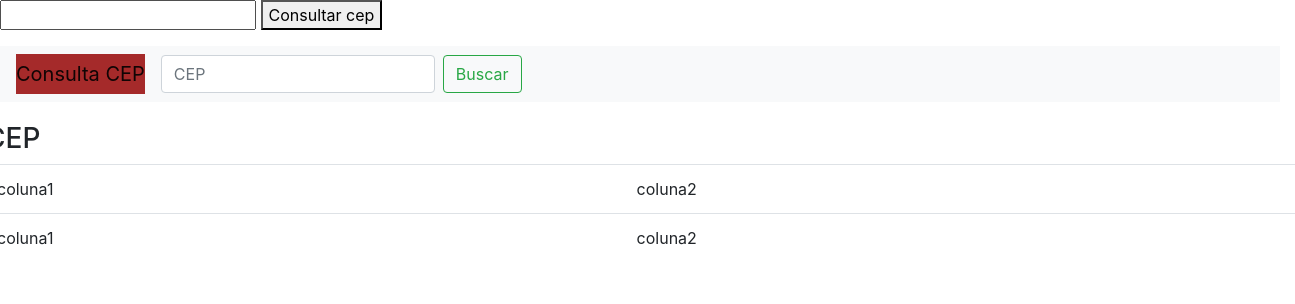
Repository: DaniloBaracho/jquery
Page: index.html
These files come from the project's save history. The page is drawn as it stood at one moment and after the next save; the edit follows.
The browser window is 1280 px wide. The page is 1295 px wide, so the pictures cover 1295 px, including what lies to the right of the window. The pictures show the whole page.

Above is the page before, as saved 2020-06-19 18:32:04.

### index.html
<!DOCTYPE html>
<html lang="pt-br">
    <head>
        <meta charset="utf-8"/>
        <title>
            Página AJAX
        </title>
        <script type="text/javascript" src="js/jquery-3.5.1.min.js"></script>
        <script type="text/javascript" src="js/main.js"></script>
        <link rel="stylesheet" type="text/css" href="bootstrap/css/bootstrap.min.css">
        <link rel="stylesheet" type="text/css" href="js/mystyle.css">
    </head>
    <body>
        <input id="cep">
        <button type="button" onclick="ConsultaCep()">Consultar cep</button>
        <p id="logradouro"></p>
        <p id="bairro"></p>
        <p id="uf"></p>
        <p id="localidade"></p>
        <nav class="navbar navbar-expand-lg navbar-light bg-light">
            <a class="text-custom navbar-brand">Consulta CEP</a>
              <div class="form-inline my-2 my-lg-0">
                <input class="form-control mr-sm-2" placeholder="CEP" type="search" id="cep2">
                <button class="btn btn-outline-success my-2 my-sm-0" onclick="ConsultaCep2()">Buscar</button>
              </div>

          </nav>
          <div class="orgtable" style="margin-top: 20px;">
              <div class="row">
                <h3>CEP</h3>
              </div>
              <div class="row">
                  <table class="table">
                    <tbody>
                        <tr>
                            <td>
                                coluna1
                            </td>
                            <td>
                                coluna2
                            </td>
                        </tr>
                        <tr>
                            <td>
                                coluna1
                            </td>
                            <td>
                                coluna2
                            </td>
                        </tr>
                    </tbody>
                  </table>
              </div>
          </div>
    </body>
</html>

### js/main.js
//alert("funcionou");
function ConsultaCep(){
    var cep= document.getElementById("cep").value
    $.ajax({
        url:"https://viacep.com.br/ws/"+cep+"/json/",
        type: "GET",
        success: function(response){
            console.log(response);
            //alert(response.logradouro);
            $("#logradouro").html(response.logradouro);
            //document.getElementById("logradouro").innerHTML = response.logradouro;
            document.getElementById("bairro").innerHTML = response.bairro;
            document.getElementById("uf").innerHTML = response.uf;
            document.getElementById("localidade").innerHTML = response.localidade;
        }
    })
}
function ConsultaCep2(){
    var cep2= document.getElementById("cep2").value
    $.ajax({
        url:"https://viacep.com.br/ws/"+cep2+"/json/",
        type: "GET",
        success: function(response){
            console.log(response);
            //alert(response.logradouro);

            //document.getElementById("logradouro").innerHTML = response.logradouro;

        }
    })
}

### js/mystyle.css
.text-custom{
    text-decoration-color: red;
    background-color:brown;
}

Loaded but not shown: js/jquery-3.5.1.min.js (library); bootstrap/css/bootstrap.min.css (library)

After the next save:
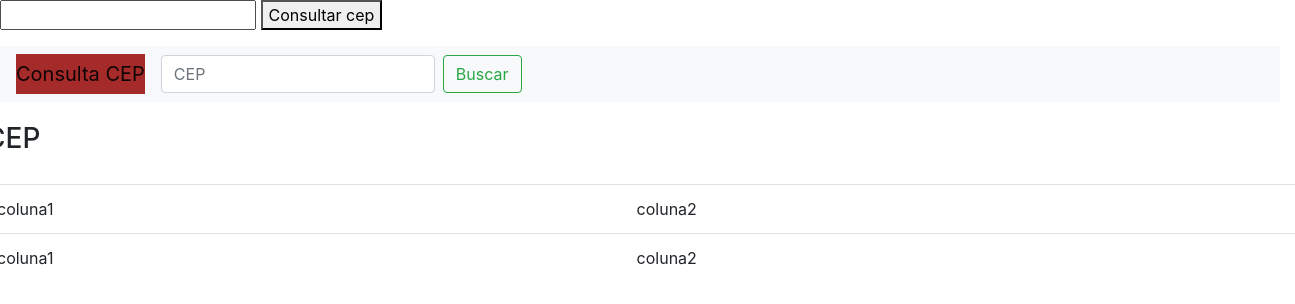
Saved 20 s later.
--- a/index.html
+++ b/index.html
@@ -29,7 +29,7 @@
               <div class="row">
                 <h3>CEP</h3>
               </div>
-              <div class="row">
+              <div class="row" style="margin-top: 20px;">
                   <table class="table">
                     <tbody>
                         <tr>
